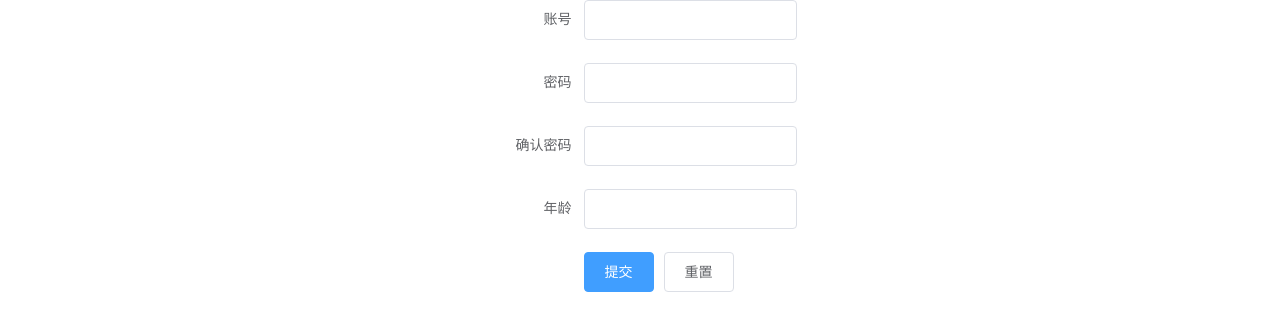
Repository: jinggegeZ/cnode
Page: /login
The author's editor kept a copy of each file at every save. The page is drawn from the files as they stood at one save, then again after the next save.
The browser window is 1280 px wide. The pictures show the whole page.
The project was rebuilt for these pictures with package versions that can differ from the ones it lists, and the page was loaded fresh each time. Also part of the build but not shown: src/views/Home.vue, src/components/top/top.vue, src/components/right/right.vue, src/components/below/below.vue, src/views/layout1/layout.vue.

Above is the page before, as saved 2020-06-05 16:20:15.

### src/main.js
import Vue from 'vue'
import App from './App.vue'
import router from './router'
import store from './store'
import ElementUI from 'element-ui'
import 'element-ui/lib/theme-chalk/index.css'


Vue.config.productionTip = false
Vue.use(ElementUI);
new Vue({
  router,
  store,
  render: h => h(App)
}).$mount('#app')

### src/App.vue
<template>
  <div id="app">
    <router-view/>
  </div>
</template>

<style lang="scss">
   * {
  margin: 0;
  padding: 0;
 }
</style>

### src/router/index.js
import Vue from 'vue'
import VueRouter from 'vue-router'
import Home from '../views/Home.vue'
import layout from '../views/layout1/layout'

Vue.use(VueRouter)

  const routes = [
    {
      path:'/home',
      redirect:'/'
    },
  {
    path:'/',
    name:'layout',
    component: layout,
    children: [
      {
        path: '',
        name: 'Home',
        component: Home
      },
    ]
  },

  {
    path: '/login',
    name: 'login',
    component: () => import('../views/login/login')
  },

]

const router = new VueRouter({
  mode: 'history',
  base: process.env.BASE_URL,
  routes
})

export default router

### src/store/index.js
import Vue from 'vue'
import Vuex from 'vuex'

Vue.use(Vuex)

export default new Vuex.Store({
  state: {
    name:'jack'
  },
  mutations: {
  },
  actions: {
  },
  modules: {
  }
})

### src/views/login/login.vue
<template>
 <div class="continar">
    <div class="box">
      <el-form :model="ruleForm" status-icon :rules="rules" ref="ruleForm" label-width="100px" class="demo-ruleForm">
        <el-form-item label="账号" prop="username">
        <el-input type="username" v-model="ruleForm.username" autocomplete="off"></el-input>
        </el-form-item>
        <el-form-item label="密码" prop="pass">
        <el-input type="password" v-model="ruleForm.pass" autocomplete="off"></el-input>
        </el-form-item>
        <el-form-item label="确认密码" prop="checkPass">
        <el-input type="password" v-model="ruleForm.checkPass" autocomplete="off"></el-input>
        </el-form-item>
        <el-form-item label="年龄" prop="age">
        <el-input v-model.number="ruleForm.age"></el-input>
        </el-form-item>
        <el-form-item>
    <el-button type="primary" @click="submitForm('ruleForm')">提交</el-button>
    <el-button @click="resetForm('ruleForm')">重置</el-button>
  </el-form-item>
</el-form>
    </div>
 </div>
</template>

<script>
 export default {
   name: '',
   props: {
   },
   components: {

   },
   data() {
      let checkUsername = (rule, value, callback) => {
        if (!value) {
          return callback(new Error('姓名不能为空'));
        }
        setTimeout(() => {
          if (!username.isInteger(value)) {
            callback(new Error('请输入姓名'));
          } else {
            if (value < 2) {
              callback(new Error('规范姓名2-3位'));
            } else {
              callback();
            }
          }
        }, 1000);
      };
      var validatePass = (rule, value, callback) => {
        if (value === '') {
          callback(new Error('请输入密码'));
        } else {
          if (this.ruleForm.checkPass !== '') {
            this.$refs.ruleForm.validateField('checkPass');
          }
          callback();
        }
      };
      var validatePass2 = (rule, value, callback) => {
        if (value === '') {
          callback(new Error('请再次输入密码'));
        } else if (value !== this.ruleForm.pass) {
          callback(new Error('两次输入密码不一致!'));
        } else {
          callback();
        }
      };
      return {
        ruleForm: {
          pass: '',
          checkPass: '',
          username: ''
        },
        rules: {
          pass: [
            { validator: validatePass, trigger: 'blur' }
          ],
          checkPass: [
            { validator: validatePass2, trigger: 'blur' }
          ],
          username: [
            { validator: checkUsername, trigger: 'blur' }
          ]
        }
      };
    },
   methods: {
      submitForm(formName) {
        this.$refs[formName].validate((valid) => {
          if (valid) {
            alert('submit!');
          } else {
            console.log('error submit!!');
            return false;
          }
        });
      },
      resetForm(formName) {
        this.$refs[formName].resetFields();
      }
    },
   mounted() {

   },
   watch: {

   },
   computed: {

   }
 }
</script>

<style scoped>
.continar {
    width:100%;
    height: 100%;
}
.box {
    display: flex;
    justify-content: center;
    align-items: center;
}
</style>

Loaded but not shown: public/index.html (common file)

After the next save:
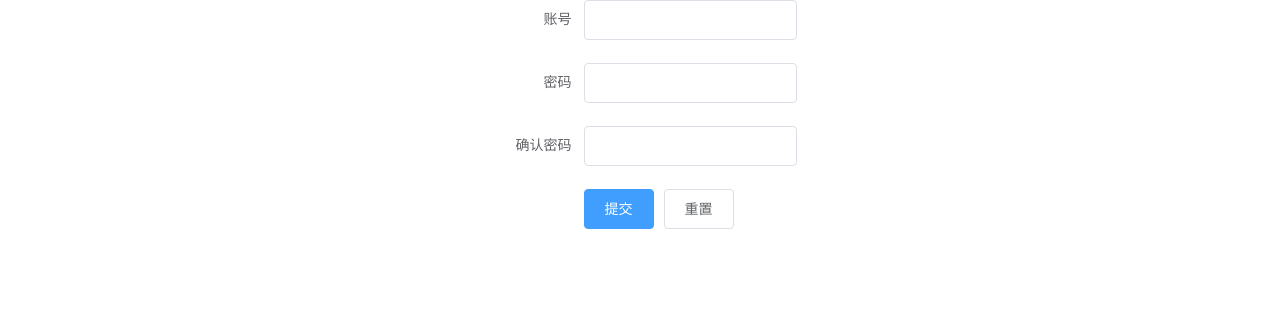
Saved 59 s later.
--- a/src/views/login/login.vue
+++ b/src/views/login/login.vue
@@ -10,9 +10,6 @@
         </el-form-item>
         <el-form-item label="确认密码" prop="checkPass">
         <el-input type="password" v-model="ruleForm.checkPass" autocomplete="off"></el-input>
-        </el-form-item>
-        <el-form-item label="年龄" prop="age">
-        <el-input v-model.number="ruleForm.age"></el-input>
         </el-form-item>
         <el-form-item>
     <el-button type="primary" @click="submitForm('ruleForm')">提交</el-button>
